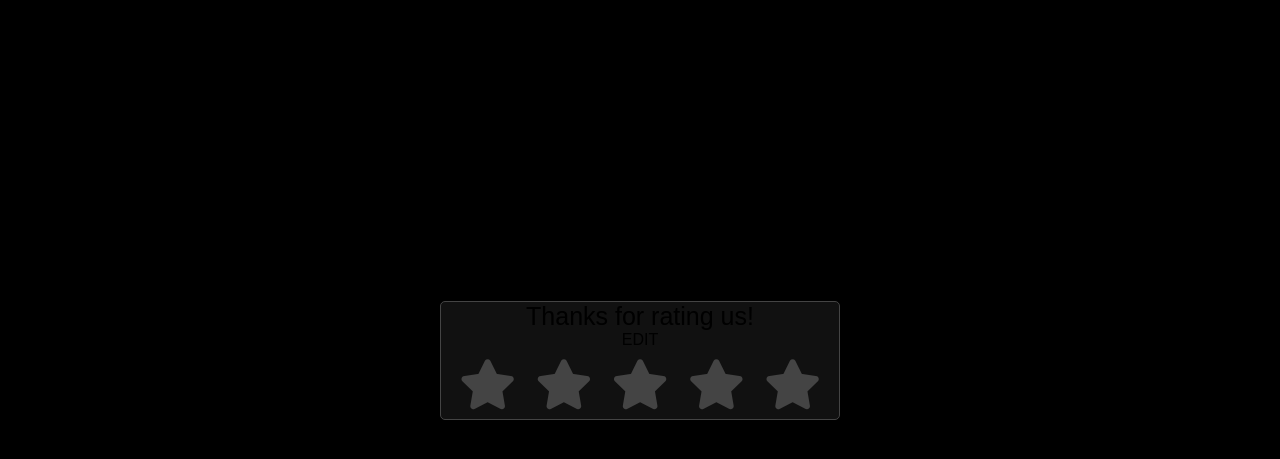
Repository: Suryansh-D/Star-Ratings
Page: index.html
These files come from the project's save history. The page is drawn as it stood at one moment and after a run of saves; the edit follows.
The browser window is 1280 px wide. The pictures show the whole page.

Above is the page before, as saved 2024-02-03 10:25:30.

After the next 6 saves:
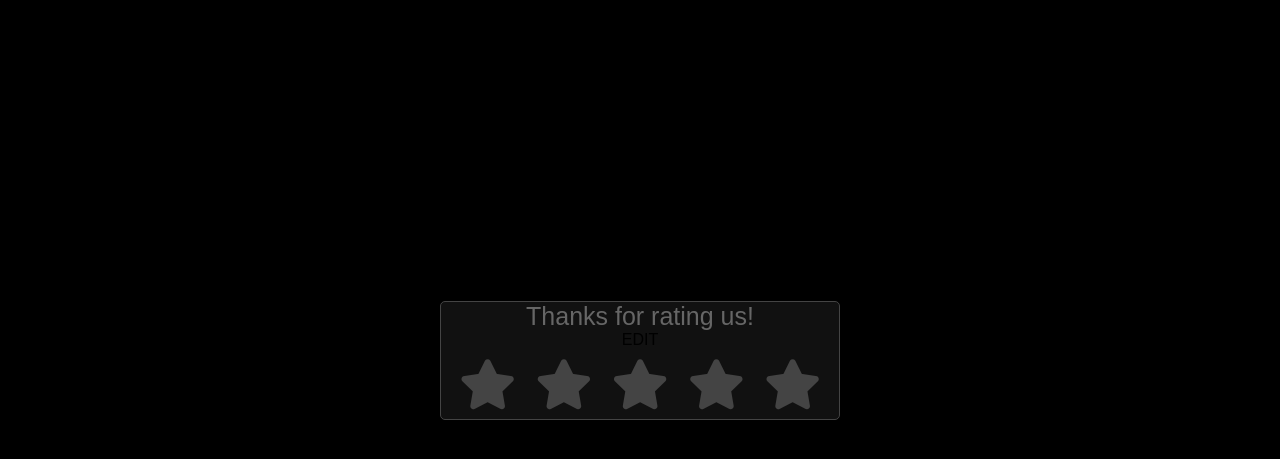
The 6 saves are shown as one change because they came seconds apart.
The last was saved 21 s later.
--- a/style.css
+++ b/style.css
@@ -83,6 +83,8 @@ input#rate-1:checked ~ label{
 
 .container .text{
     font-size: 25px;
+    color: #666;
+    font-weight: 500;
 
 }
 .container form{
